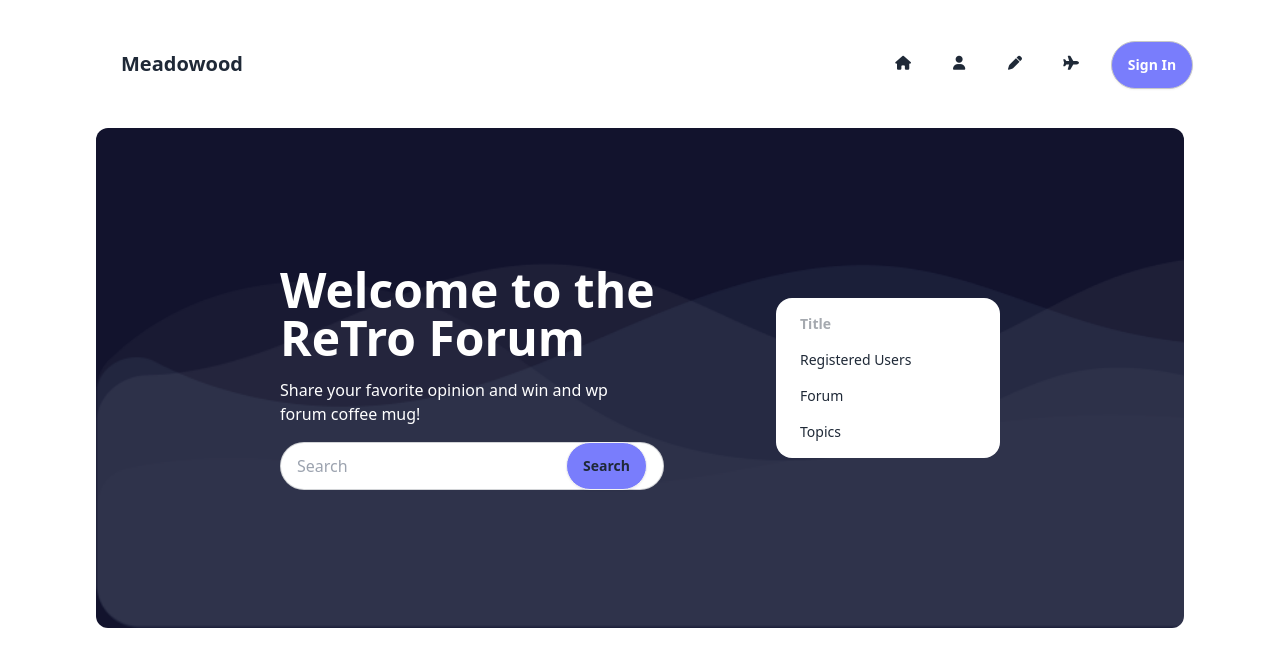
Repository: RudrasahaDibos/Meadowood-Forum
Page: index.html
These files come from the project's save history. The page is drawn as it stood at one moment and after a run of saves; the edit follows.
The browser window is 1280 px wide. The pictures show the whole page.
Some web libraries are served in a nearby version.

Above is the page before, as saved 2024-11-24 12:51:55.

After the next 2 saves:
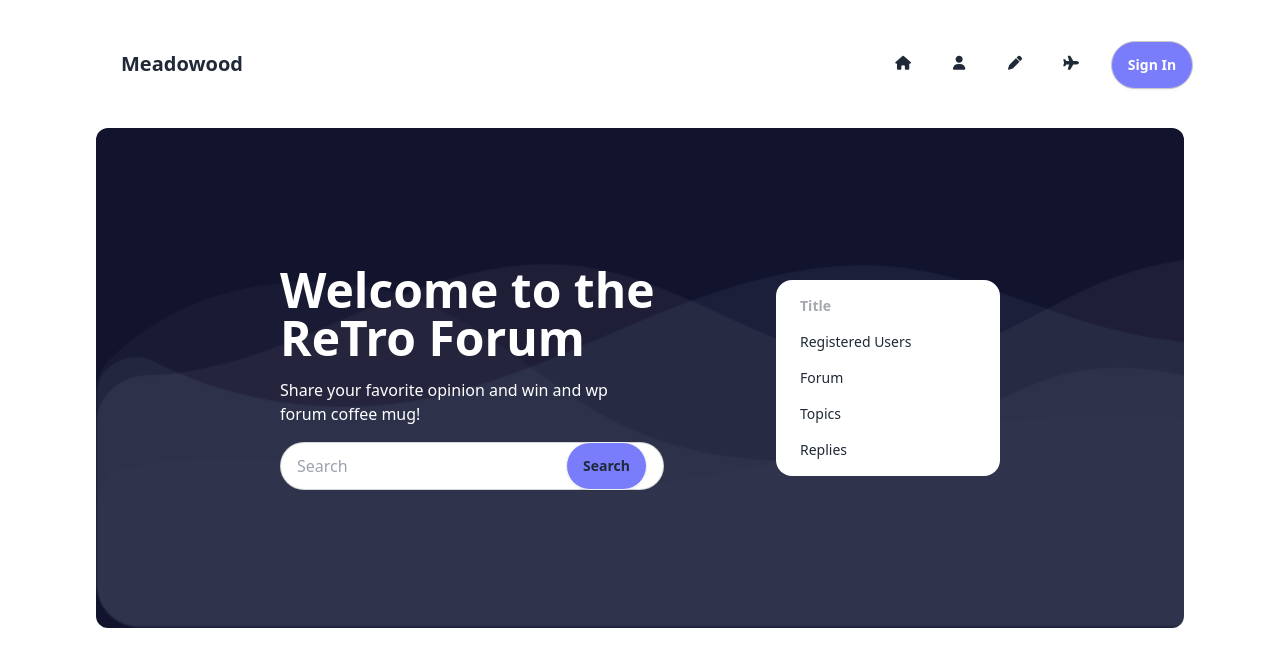
The 2 saves are shown as one change because they came seconds apart.
The last was saved 9 s later.
--- a/index.html
+++ b/index.html
@@ -88,6 +88,7 @@
                         <li><a>Registered Users</a></li>
                         <li><a>Forum</a></li>
                         <li><a>Topics</a></li>
+                        <li><a>Replies</a></li>
                       </ul>
                    </div>
 
